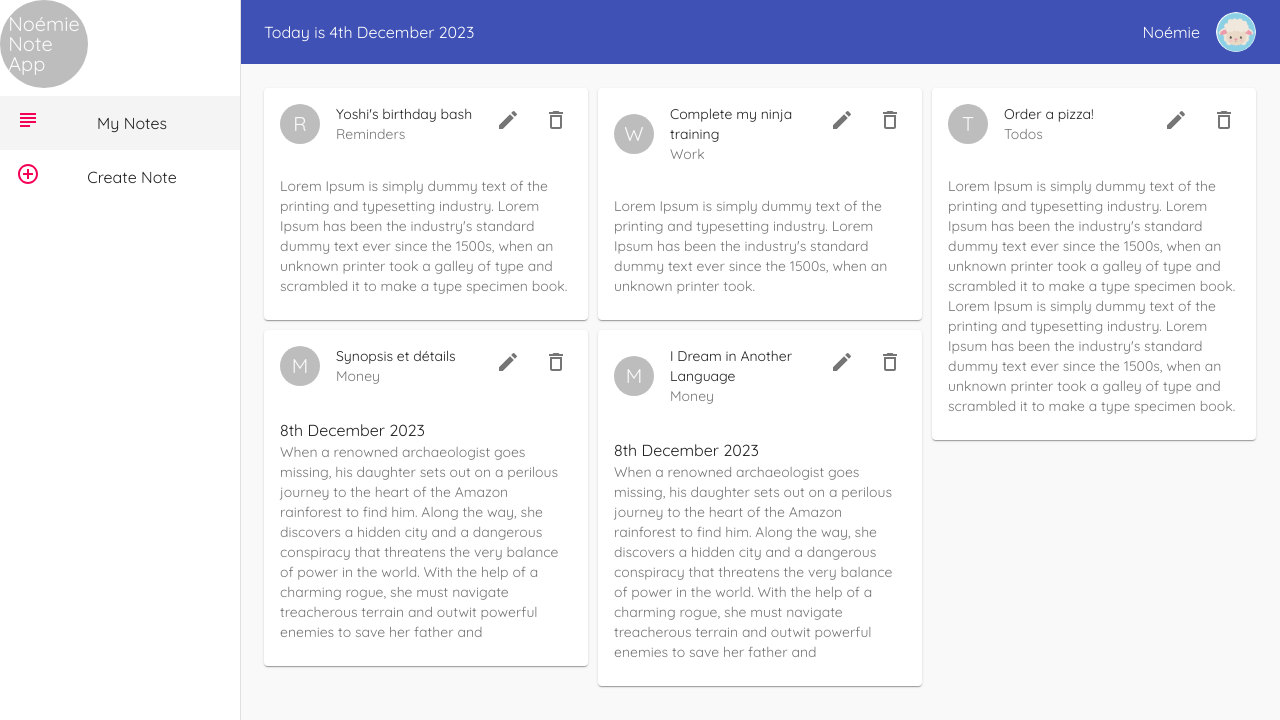
Repository: noemiepham/noemieblognote
Page: /
An editor plug-in stored every save of this project. The page is shown before and after the next save, followed by the edit.
The browser window is 1280 px wide. The pictures show the whole page.
The project was rebuilt for these pictures with package versions that can differ from the ones it lists, and the page was loaded fresh each time. Requests to the local data server were answered from the project's data file. Also part of the build but not shown: src/pages/Create.js.

Above is the page before, as saved 2023-12-08 15:20:47.

After the next save:
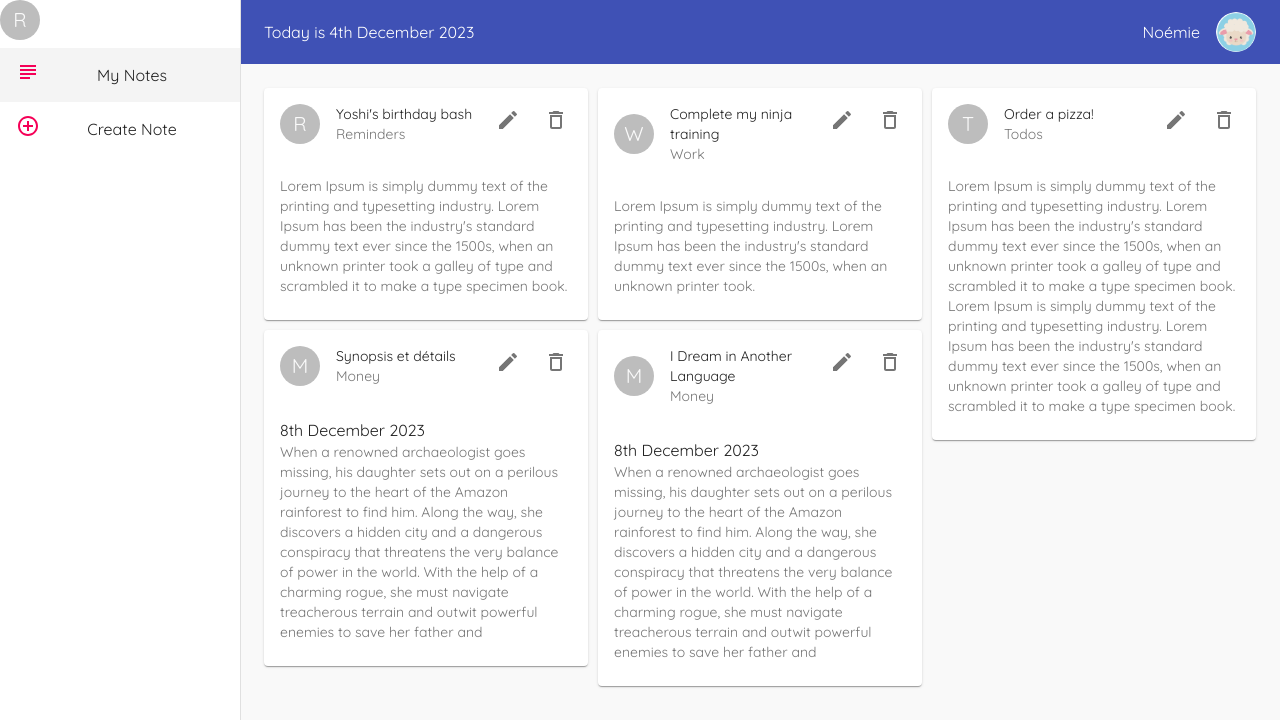
Not found: static/images/avatar/1.jpg
Saved 3 min 17 s later.
--- a/src/pages/Layout.js
+++ b/src/pages/Layout.js
@@ -80,9 +80,11 @@ function Layout() {
         classes={{ paper: classes.drawerPaper }}
       >
         <div>
-          <Avatar variant="h5" className={classes.title}>
-            Noémie Note App
-          </Avatar>
+          <Avatar
+            alt="Remy Sharp"
+            src="/static/images/avatar/1.jpg"
+            sx={{ width: 24, height: 24 }}
+          ></Avatar>
         </div>
         <List>
           {menuItems.map((item) => (
